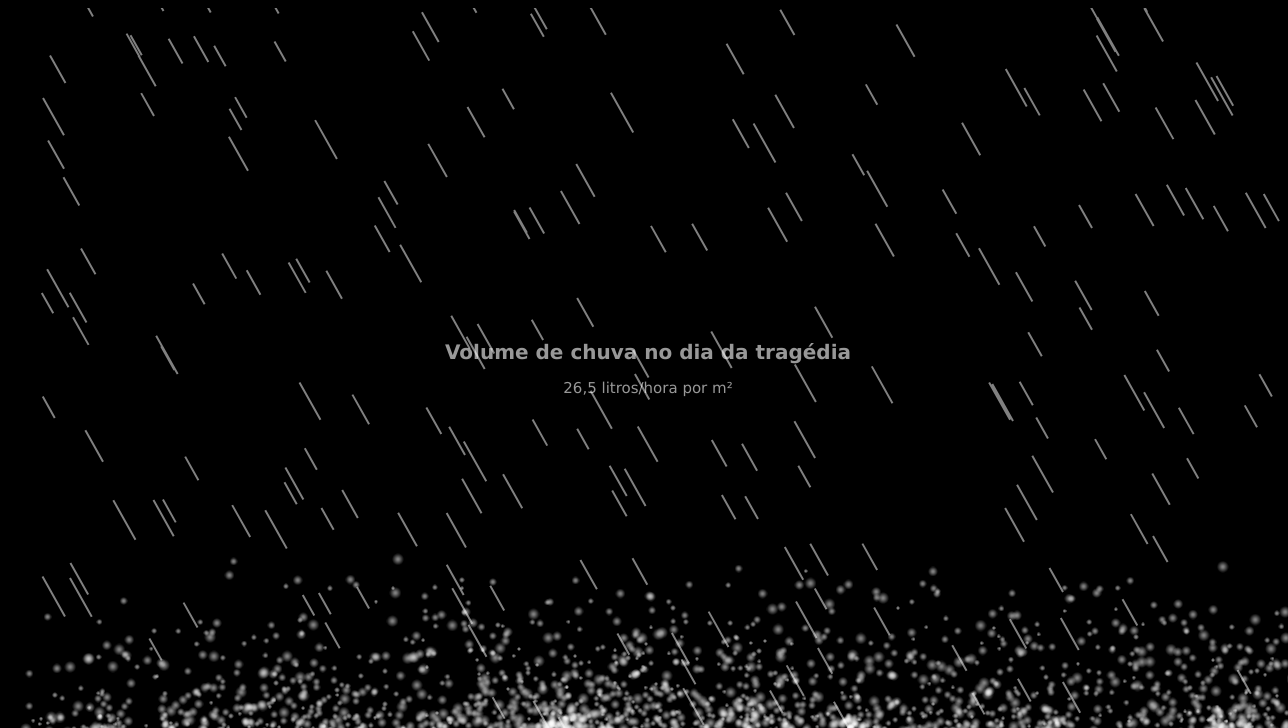
Repository: lucasthaynan/chuvas-estadao
Page: index.html
These files come from the project's save history. The page is drawn as it stood at one moment and after the next save; the edit follows.
The browser window is 1280 px wide. The page is 1288 px wide, so the pictures cover 1288 px, including what lies to the right of the window. The pictures show the whole page.

Above is the page before, as saved 2023-02-24 10:27:12.
Console error: ReferenceError: dat is not defined

### index.html
<!DOCTYPE html>
<html lang="en">
<head>
    <meta charset="UTF-8">
    <meta http-equiv="X-UA-Compatible" content="IE=edge">
    <meta name="viewport" content="width=device-width, initial-scale=1.0">
    <link rel="stylesheet" href="./style.css">
    <title>Document</title>
</head>
<body>

    <div id="instructions"></div>
    <canvas id="canvas">Canvas is not supported in your browser

    </canvas>

    <div class="text">
        <p>Volume de chuva no dia da tragédia</p>
        <p class="desc">26,5 litros/hora por m²</p>
    </div>


    <script src="./main.js"></script>
</body>
</html>

### style.css
html, body, canvas, #instructions {
	position: absolute;
	width: 100%;
	height: 100%;
}
body {
background: -moz-linear-gradient(top,  rgb(0, 0, 0) 0%, rgb(0, 0, 0) 100%); /* FF3.6-15 */
background: linear-gradient(to bottom,  rgb(0, 0, 0) 0%,rgba(0, 0, 0, 0.93) 100%);
background: -webkit-linear-gradient(top,  rgb(0, 0, 0) 0%,rgb(0, 0, 0) 100%); /* Chrome10-25,Safari5.1-6 */
/* background: linear-gradient(to bottom,  rgba(8,13,40,1) 0%,rgba(38,19,0,1) 100%); W3C, IE10+, FF16+, Chrome26+, Opera12+, Safari7+ */
}

#instructions {
	opacity: 1;
	transition: opacity 2s;
	background-repeat: no-repeat;
	background-position: center center;
	background-size: contain;
	/* background-image: url(data:[embedded picture, 1818 characters]);
	 */
	@media (max-height: 400px) {
		display: none;
	}
}


.text {
    display: flex;
    justify-content: center;
    width: 100vw;
    height: 100%;
    /* align-content: center; */
    align-items: center;
    flex-direction: column;
    flex-wrap: nowrap;
    gap: 15px;
}

p {
    margin: 0;
    font-weight: 800;
    color: #989898;
    font-size: 20px;
    font-family:'Lucida Sans', 'Lucida Sans Regular', 'Lucida Grande', 'Lucida Sans Unicode', Geneva, Verdana, sans-serif;
}

p.desc {
    font-size: 15px;
    font-weight: 500;
}

### main.js
// Falling rain simulation using 2D canvas
// - vanilla JS, no frameworks
// - framerate independent physics
// - slow-mo / fast-forward support via demo.speed
// - supports high-DPI screens
// - falling rain particles are drawn as vector lines
// - splash particles are lazily pre-rendered so gradients aren't computed each frame
// - all particles make use of object pooling to further boost performance

// initialize
document.addEventListener("DOMContentLoaded", function() {
	demo.init();
	window.addEventListener('resize', demo.resize);
});

// demo namespace
var demo = {
	// CUSTOMIZABLE PROPERTIES
	// - physics speed multiplier: allows slowing down or speeding up simulation
	speed: 1,
	// - color of particles
	color: {
		r: '255',
		g: '255',
		b: '255',
		a: '0.5'
	},

	// END CUSTOMIZATION
	// whether demo is running
	started: false,
	// canvas and associated context references
	canvas: null,
	ctx: null,
	// viewport dimensions (DIPs)
	width: 0,
	height: 0,
	// devicePixelRatio alias (should only be used for rendering, physics shouldn't care)
	dpr: window.devicePixelRatio || 1,
	// time since last drop
	drop_time: 0,
	// ideal time between drops (changed with mouse/finger)
    drop_delay: 2.5,
	// drop_delay: 156,
	// wind applied to rain (changed with mouse/finger)
    wind: 15,
	// wind: 5,
	// color of rain (set in init)
	rain_color: null,
	rain_color_clear: null,
	// rain particles
	rain: [],
	rain_pool: [],
	// rain droplet (splash) particles
	drops: [],
	drop_pool: []
};

// demo initialization (should only run once)
demo.init = function() {
	if (!demo.started) {
		demo.started = true;
		demo.canvas = document.getElementById('canvas');
		demo.ctx = demo.canvas.getContext('2d');
		var c = demo.color;
		demo.rain_color = 'rgba(' + c.r + ',' + c.g + ',' + c.b + ',' + c.a + ')';
		demo.rain_color_clear = 'rgba(' + c.r + ',' + c.g + ',' + c.b + ',0)';
		demo.resize();
		Ticker.addListener(demo.step);

		//
		const gui = new dat.GUI();
		gui.add(demo, 'speed', 0.2, 2);

		// fade out instructions after a few seconds
		var instructions = document.getElementById('instructions');
		setTimeout(function() {
			instructions.style.opacity = 0;
			setTimeout(function(){
				instructions.parentNode.removeChild(instructions);
			}, 2000);
		}, 4000);
	}
}

// (re)size canvas (clears all particles)
demo.resize = function() {
	// localize common references
	var rain = demo.rain;
	var drops = demo.drops;
	// recycle particles
	for (var i = rain.length - 1; i >= 0; i--) {
			rain.pop().recycle();
	}
	for (var i = drops.length - 1; i >= 0; i--) {
			drops.pop().recycle();
	}
	// resize
	demo.width = window.innerWidth;
	demo.height = window.innerHeight;
	demo.canvas.width = demo.width * demo.dpr;
	demo.canvas.height = demo.height * demo.dpr;
}

demo.step = function(time, lag) {
	// localize common references
	var demo = window.demo;
	var speed = demo.speed;
	var width = demo.width;
	var height = demo.height;
	var wind = demo.wind;
	var rain = demo.rain;
	var rain_pool = demo.rain_pool;
	var drops = demo.drops;
	var drop_pool = demo.drop_pool;

	// multiplier for physics
	var multiplier = speed * lag;

	// spawn drops
	demo.drop_time += time * speed;
	while (demo.drop_time > demo.drop_delay) {
		demo.drop_time -= demo.drop_delay;
		var new_rain = rain_pool.pop() || new Rain();
		new_rain.init();
		var wind_expand = Math.abs(height / new_rain.speed * wind); // expand spawn width as wind increases
		var spawn_x = Math.random() * (width + wind_expand);
		if (wind > 0) spawn_x -= wind_expand;
		new_rain.x = spawn_x;
		rain.push(new_rain);
	}

	// rain physics
	for (var i = rain.length - 1; i >= 0; i--) {
		var r = rain[i];
		r.y += r.speed * r.z * multiplier;
		r.x += r.z * wind * multiplier;
		// remove rain when out of view
		if (r.y > height) {
			// if rain reached bottom of view, show a splash
			r.splash();
		}
		// recycle rain
		if (r.y > height + Rain.height * r.z || (wind < 0 && r.x < wind) || (wind > 0 && r.x > width + wind)) {
			r.recycle();
			rain.splice(i, 1);
		}
	}

	// splash drop physics
	var drop_max_speed = Drop.max_speed;
	for (var i = drops.length - 1; i >= 0; i--) {
		var d = drops[i];
		d.x += d.speed_x * multiplier;
		d.y += d.speed_y * multiplier;
		// apply gravity - magic number 0.3 represents a faked gravity constant
		d.speed_y += 0.3 * multiplier;
		// apply wind (but scale back the force)
		d.speed_x += wind / 25 * multiplier;
		if (d.speed_x < -drop_max_speed) {
			d.speed_x = -drop_max_speed;
		}else if (d.speed_x > drop_max_speed) {
			d.speed_x = drop_max_speed;
		}
		// recycle
		if (d.y > height + d.radius) {
			d.recycle();
			drops.splice(i, 1);
		}
	}

	demo.draw();
}

demo.draw = function() {
	// localize common references
	var demo = window.demo;
	var width = demo.width;
	var height = demo.height;
	var dpr = demo.dpr;
	var rain = demo.rain;
	var drops = demo.drops;
	var ctx = demo.ctx;

	// start fresh
	ctx.clearRect(0, 0, width*dpr, height*dpr);

	// draw rain (trace all paths first, then stroke once)
	ctx.beginPath();
	var rain_height = Rain.height * dpr;
	for (var i = rain.length - 1; i >= 0; i--) {
		var r = rain[i];
		var real_x = r.x * dpr;
		var real_y = r.y * dpr;
		ctx.moveTo(real_x, real_y);
		// magic number 1.5 compensates for lack of trig in drawing angled rain
		ctx.lineTo(real_x - demo.wind * r.z * dpr * 1.5, real_y - rain_height * r.z);
	}
	ctx.lineWidth = Rain.width * dpr;
	ctx.strokeStyle = demo.rain_color;
	ctx.stroke();

	// draw splash drops (just copy pre-rendered canvas)
	for (var i = drops.length - 1; i >= 0; i--) {
		var d = drops[i];
		var real_x = d.x * dpr - d.radius;
		var real_y = d.y * dpr - d.radius;
		ctx.drawImage(d.canvas, real_x, real_y);
	}
}


// Rain definition
function Rain() {
	this.x = 0;
	this.y = 0;
	this.z = 0;
	this.speed = 25;
	this.splashed = false;
}
Rain.width = 2;

// TAMANHO DAS GOSTAS DE CHUVA - 40 = PADRAO
Rain.height = 40;
Rain.prototype.init = function() {
	this.y = Math.random() * -100;

    // VELOCIDADE DE QUEDA DA CHUVA - 0.5 + 0.5 = PADRAO
	this.z = Math.random() * 0.5 + 0.5;
	this.splashed = false;
}
Rain.prototype.recycle = function() {
	demo.rain_pool.push(this);
}
// recycle rain particle and create a burst of droplets
Rain.prototype.splash = function() {
	if (!this.splashed) {
		this.splashed = true;
		var drops = demo.drops;
		var drop_pool = demo.drop_pool;

		for (var i=0; i<16; i++) {
			var drop = drop_pool.pop() || new Drop();
			drops.push(drop);
			drop.init(this.x);
		}
	}
}


// Droplet definition
function Drop() {
	this.x = 0;
	this.y = 0;
	this.radius = Math.round(Math.random() * 4 + 2) * demo.dpr;
	this.speed_x = 0;
	this.speed_y = 0;
	this.canvas = document.createElement('canvas');
	this.ctx = this.canvas.getContext('2d');

	// render once and cache
	var diameter = this.radius * 2;
	this.canvas.width = diameter;
	this.canvas.height = diameter;

	var grd = this.ctx.createRadialGradient(this.radius, this.radius , 1, this.radius, this.radius, this.radius);
	grd.addColorStop(0, demo.rain_color);
	grd.addColorStop(1, demo.rain_color_clear);
	this.ctx.fillStyle = grd;
	this.ctx.fillRect(0, 0, diameter, diameter);
}

// DISPERCAO DOS PINGOS NO CHAO
Drop.max_speed = 10;

Drop.prototype.init = function(x) {
	this.x = x;
	this.y = demo.height;
	var angle = Math.random() * Math.PI - (Math.PI * 0.5);
	var speed = Math.random() * Drop.max_speed;
	this.speed_x = Math.sin(angle) * speed;
	this.speed_y = -Math.cos(angle) * speed;
}
Drop.prototype.recycle = function() {
	demo.drop_pool.push(this);
}




// handle interaction
demo.mouseHandler = function(evt) {
	demo.updateCursor(evt.clientX, evt.clientY);
}
demo.touchHandler = function(evt) {
	evt.preventDefault();
	var touch = evt.touches[0];
	demo.updateCursor(touch.clientX, touch.clientY);
}
demo.updateCursor = function(x, y) {
	x /= demo.width;
	y /= demo.height;
	var y_inverse = (1 - y);

	demo.drop_delay = y_inverse*y_inverse*y_inverse * 100 + 2;
	demo.wind = (x - 0.5) * 50;
}

// document.addEventListener('mousemove', demo.mouseHandler);
// document.addEventListener('touchstart', demo.touchHandler);
// document.addEventListener('touchmove', demo.touchHandler);



// Frame ticker helper module
var Ticker = (function(){
	var PUBLIC_API = {};

	// public
	// will call function reference repeatedly once registered, passing elapsed time and a lag multiplier as parameters
	PUBLIC_API.addListener = function addListener(fn) {
		if (typeof fn !== 'function') throw('Ticker.addListener() requires a function reference passed in.');

		listeners.push(fn);

		// start frame-loop lazily
		if (!started) {
			started = true;
			queueFrame();
		}
	};

	// private
	var started = false;
	var last_timestamp = 0;
	var listeners = [];
	// queue up a new frame (calls frameHandler)
	function queueFrame() {
		if (window.requestAnimationFrame) {
			requestAnimationFrame(frameHandler);
		} else {
			webkitRequestAnimationFrame(frameHandler);
		}
	}
	function frameHandler(timestamp) {
		var frame_time = timestamp - last_timestamp;
		last_timestamp = timestamp;
		// make sure negative time isn't reported (first frame can be whacky)
		if (frame_time < 0) {
			frame_time = 17;
		}
		// - cap minimum framerate to 15fps[~68ms] (assuming 60fps[~17ms] as 'normal')
		else if (frame_time > 68) {
			frame_time = 68;
		}

		// fire custom listeners
		for (var i = 0, len = listeners.length; i < len; i++) {
			listeners[i].call(window, frame_time, frame_time / 16.67);
		}

		// always queue another frame
		queueFrame();
	}

	return PUBLIC_API;
}());

After the next save:
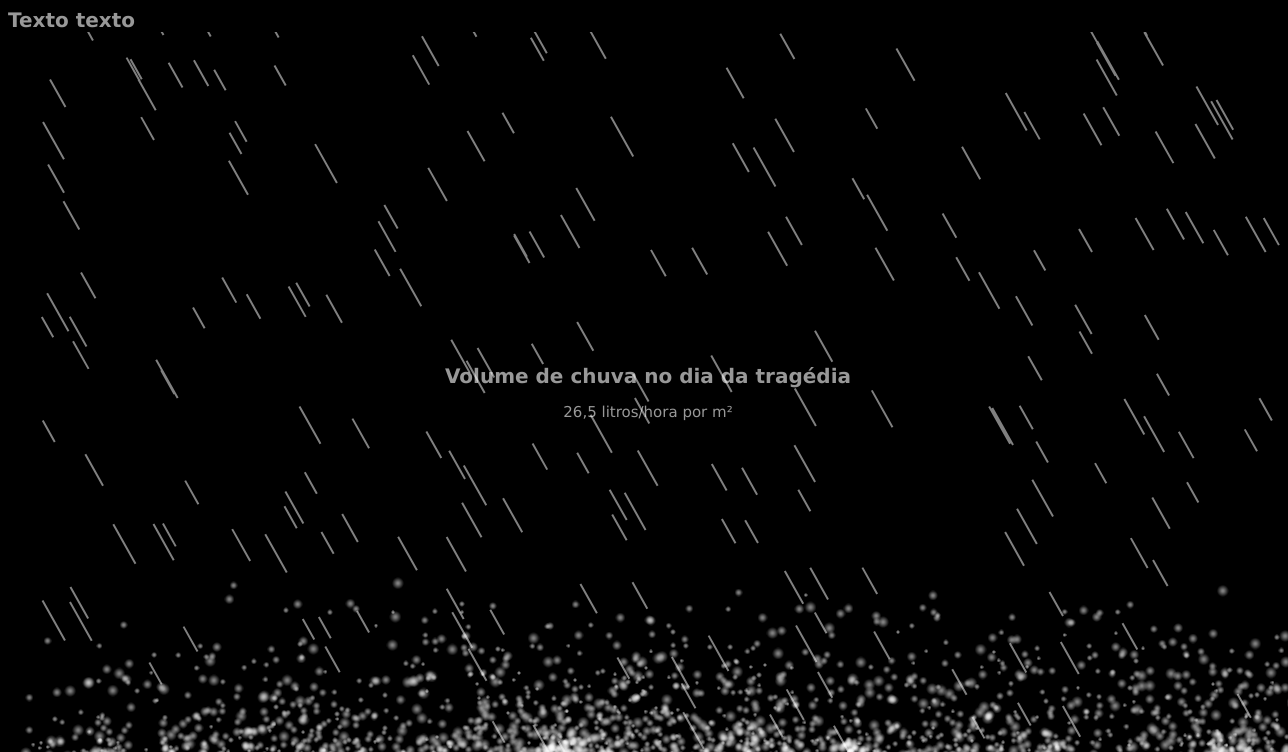
Saved 4 min 2 s later.
--- a/index.html
+++ b/index.html
@@ -10,9 +10,10 @@
 <body>
 
     <div id="instructions"></div>
-    <canvas id="canvas">Canvas is not supported in your browser
+        <p>Texto texto</p>
+        <canvas id="canvas">Canvas is not supported in your browser
 
-    </canvas>
+        </canvas>
 
     <div class="text">
         <p>Volume de chuva no dia da tragédia</p>
